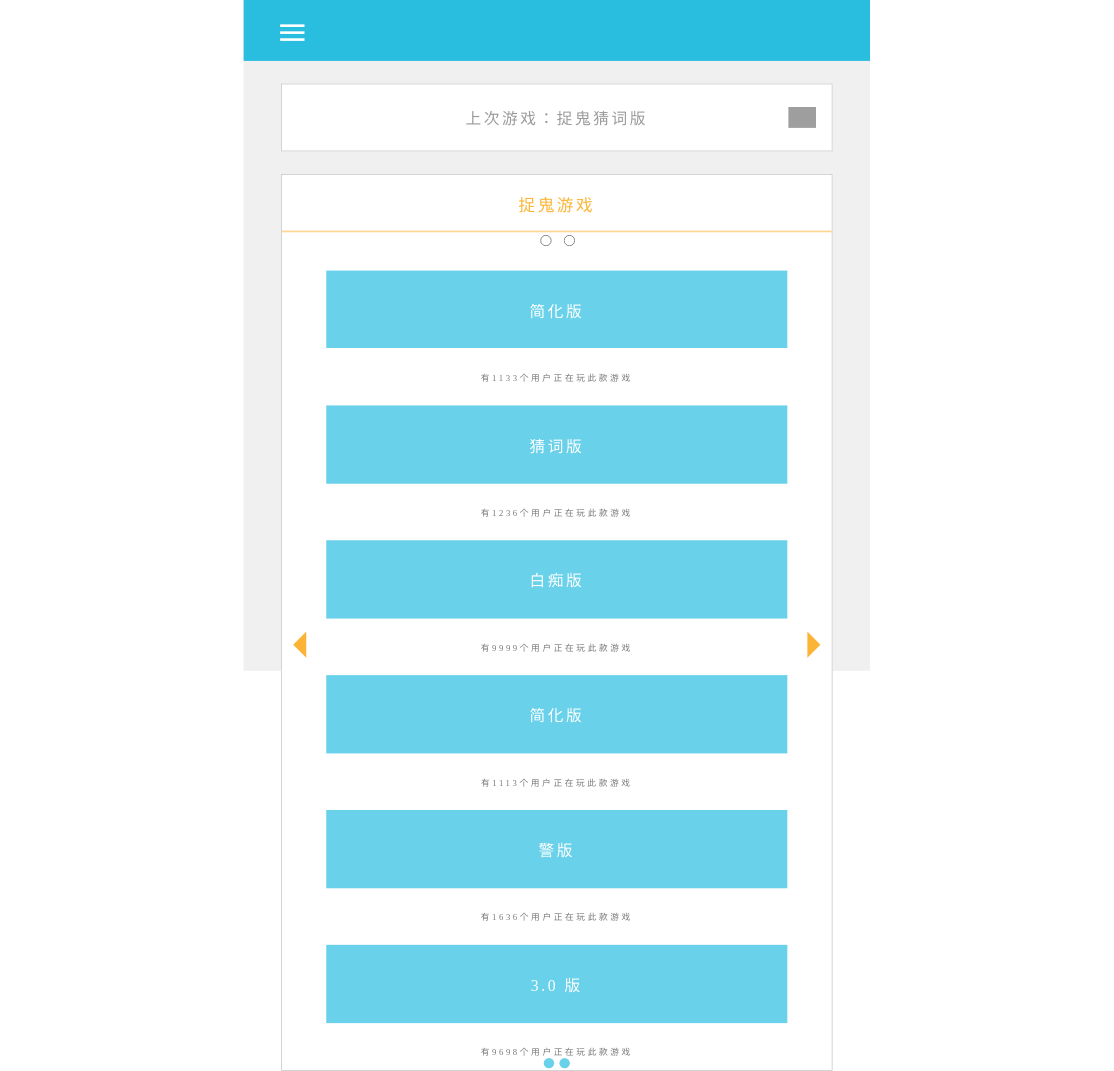
Repository: leozhangpd/My-Codes
Page: JS/two-project/home_page.html
An editor plug-in stored every save of this project. The page is shown before and after a run of saves, followed by the edit.
The browser window is 1280 px wide. The pictures show the whole page, at 87% of full size.
Pictures or frames that could not be fetched are drawn as grey boxes.

Above is the page before, as saved 2020-11-06 15:44:21.

### JS/two-project/home_page.html
<!DOCTYPE html>
<html lang="en">
<head>
    <meta charset="UTF-8">
    <meta name="viewport" content="width=device-width,initial-scale=1.0,maximum-scale=1.0,user-scalable=0" />
    <link rel="stylesheet" href="css/home_page.css" type="text/css" >
    <title>版本选择</title>
</head>
<body>
    <header>
        <button>
            <div></div>
            <div></div>
            <div></div>
        </button>
    </header>
    <main>
        <div class="review">
            <span>上次游戏：捉鬼猜词版</span>
        </div>
        <div class="content">
            <div class="title">
                <span>捉鬼游戏</span>
            </div>
            <input type="radio" name="change" id="change-1"/>
            <input type="radio" name="change" id="change-2"/>
            <ul class="list" id="out">
                <li><a href="#" id="in">简化版</a></li>
                <li>有1133个用户正在玩此款游戏</li>
                <li><a href="#">猜词版</a></li>
                <li>有1236个用户正在玩此款游戏</li>
                <li><a href="#">白痴版</a></li>
                <li>有9999个用户正在玩此款游戏</li>
            </ul>
            <ul class="list" id="out">
                <li><a href="#" id="in">简化版</a></li>
                <li>有1113个用户正在玩此款游戏</li>
                <li><a href="#">警版</a></li>
                <li>有1636个用户正在玩此款游戏</li>
                <li><a href="#">3.0 版</a></li>
                <li>有9698个用户正在玩此款游戏</li>
            </ul>
            <div class="page">
                <label for="change-1"></label>
                <label for="change-2"></label>
            </div>
            <div class="arrow">
                 <label for="change-1"></label>
                 <label for="change-2"></label>
            </div>
        </div>
    </main>
</body>
</html>

### JS/two-project/css/home_page.css
ul{list-style-type: none;margin: 0;padding: 0;}
button{outline: none;border:none;}
a:link,a:visited,a:hover,a:active {text-decoration:none;color: #fff;}
html{
    font-size: 62.5%;
    background: #fff;
    height: 100vh;
}
body{
    height: 100%;
    margin:0 auto;
    padding-bottom: 4%;
    max-width: 720px;
    min-width: 320px;
    background: #f0f0f0;
}
header{
    padding: 3% 5%;
    background-color: #29bde0;
}
header>button{
    width: 4rem;;
    background-color: rgba(0, 0, 0, 0);
}
header>button div{
    margin-top: .5rem;
    height: .3rem;
    background-color: #fff;
}
main{
    margin:0 6%;
    width:88%;
}
.review{
    padding:4% 0;
    background: url("../images/home_page-2.png") no-repeat 97% 50%/5%;
}
.review>span{/*review__content*/
    font-size: 18px;
    color: #9a9a9a;
}
.review,.content{
    background-color: #ffffff;
    margin-top: 4%;
    text-align: center;
    border: 1px double #cecece;
    letter-spacing: 3px;
}
.content{
    position: relative;
}
.title{/*content__title*/
    padding:3% 0;
    font-size: 19px;
    color: #fbb435;
    border-bottom: 0.2rem solid #fdd793;
}
.list>li{/*content__option*/
    margin: 4% 8% 0 8%;
}
.list>li:nth-child(odd){/*option__btn*/
    background: #69d1e9;
    font-size: 18px;
    color: #fff;
}
.list>li:nth-child(odd)>a{
    display: block;
    padding:6% 0;
}
.list>li:nth-child(even){/*option__hint*/
    color: #787878;
}
/* input{display: none;} */
.page>label{/*page__dot*/
    display: inline-block;
    padding-top: 12px;
    width:12px;
    background: #69d1e9;
    border-radius: 50%;
    transition: all .2s;
}
.page>label:hover{
    background: #2e2bda;
}
.arrow>label{
    position: absolute;
    top: 51%;
    border-style:solid;
}
.arrow>label:nth-child(1){
    left: 2%;
    border-width:15px 15px 15px 0;
    border-color:transparent #fbb435 transparent transparent;/*透明 透明 透明 橘*/
}
.arrow>label:nth-child(2){
    right: 2%;
    border-width:15px 0 15px 15px;
    border-color:transparent transparent transparent #fbb435;/*透明 透明 透明 橘*/
}

After the next 3 saves:
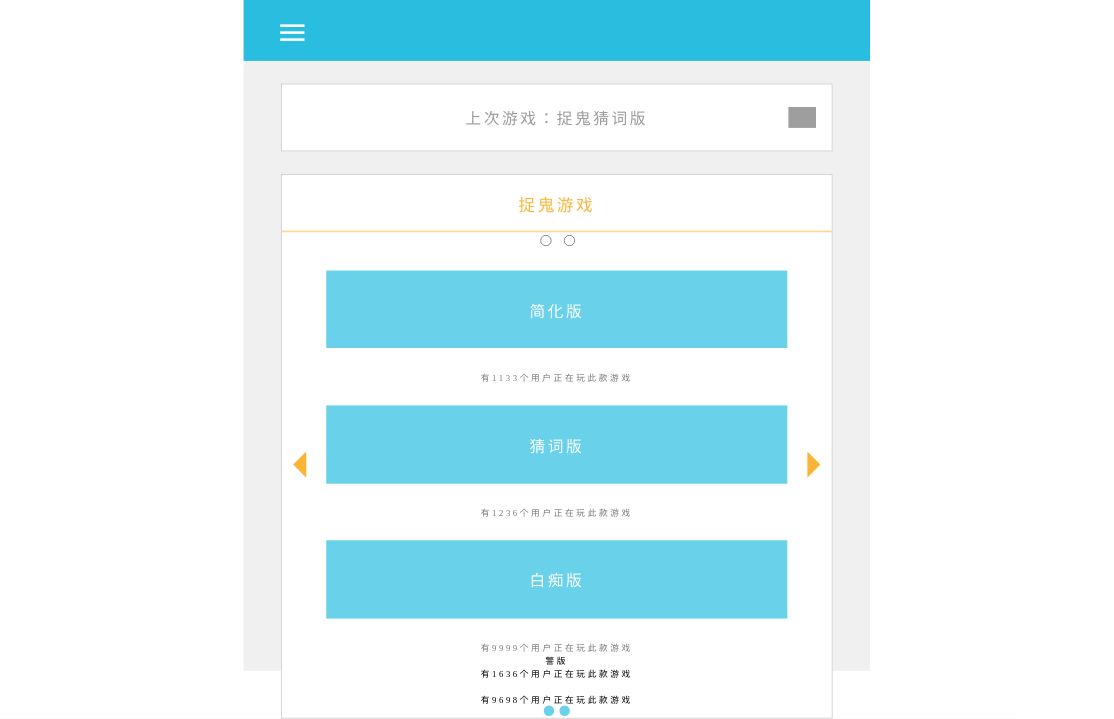
The 3 saves are shown as one change because they came seconds apart.
The last was saved 59 s later.
--- a/JS/two-project/home_page.html
+++ b/JS/two-project/home_page.html
@@ -32,9 +32,7 @@
                 <li><a href="#">白痴版</a></li>
                 <li>有9999个用户正在玩此款游戏</li>
             </ul>
-            <ul class="list" id="out">
-                <li><a href="#" id="in">简化版</a></li>
-                <li>有1113个用户正在玩此款游戏</li>
+            <ul class="list-2" id="out-2</li>
                 <li><a href="#">警版</a></li>
                 <li>有1636个用户正在玩此款游戏</li>
                 <li><a href="#">3.0 版</a></li>
